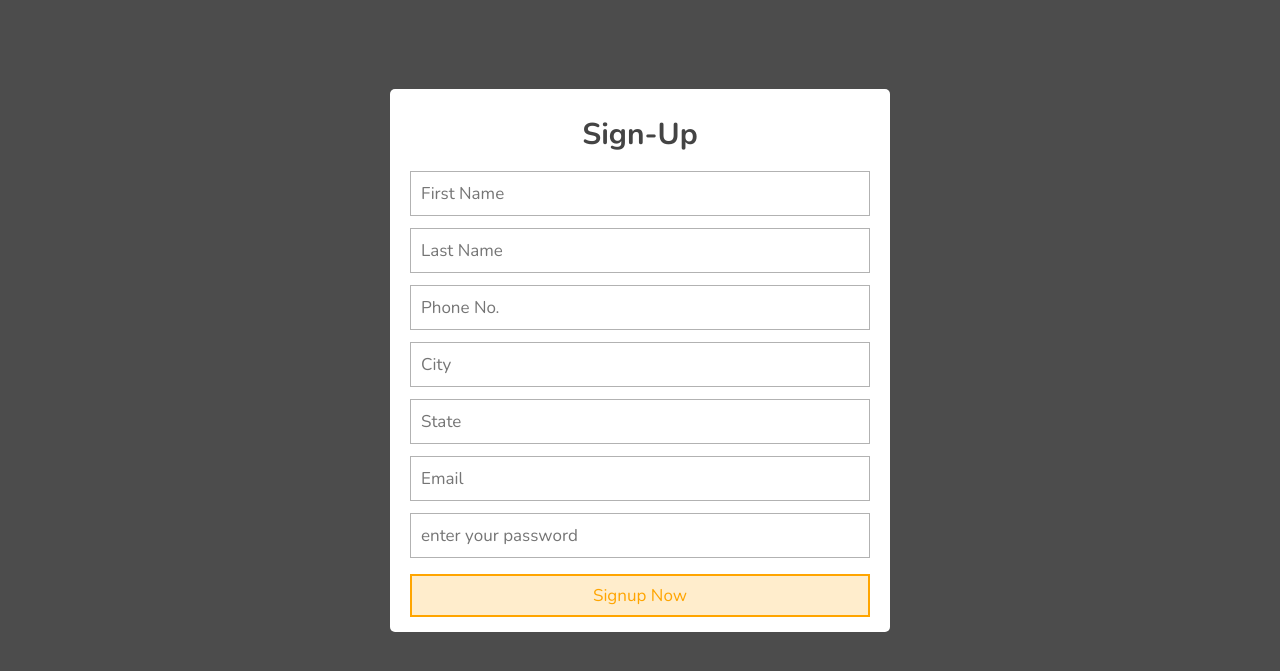
Repository: vksh-chandra/Travel-Tourism
Page: http://localhost/tatms/signup.html
An editor plug-in stored every save of this project. The page is shown before and after the next save, followed by the edit.
The browser window is 1280 px wide. The pictures show the whole page.
The pointer rests on the first visible `.btn`.
The page is served by Tomcat 9. Nobody is signed in. The application's start-up code is not run.

Above is the page before, as saved 2022-07-21 06:07:09.
Console error: TypeError: Cannot read properties of null (reading 'addEventListener')

After the next save:
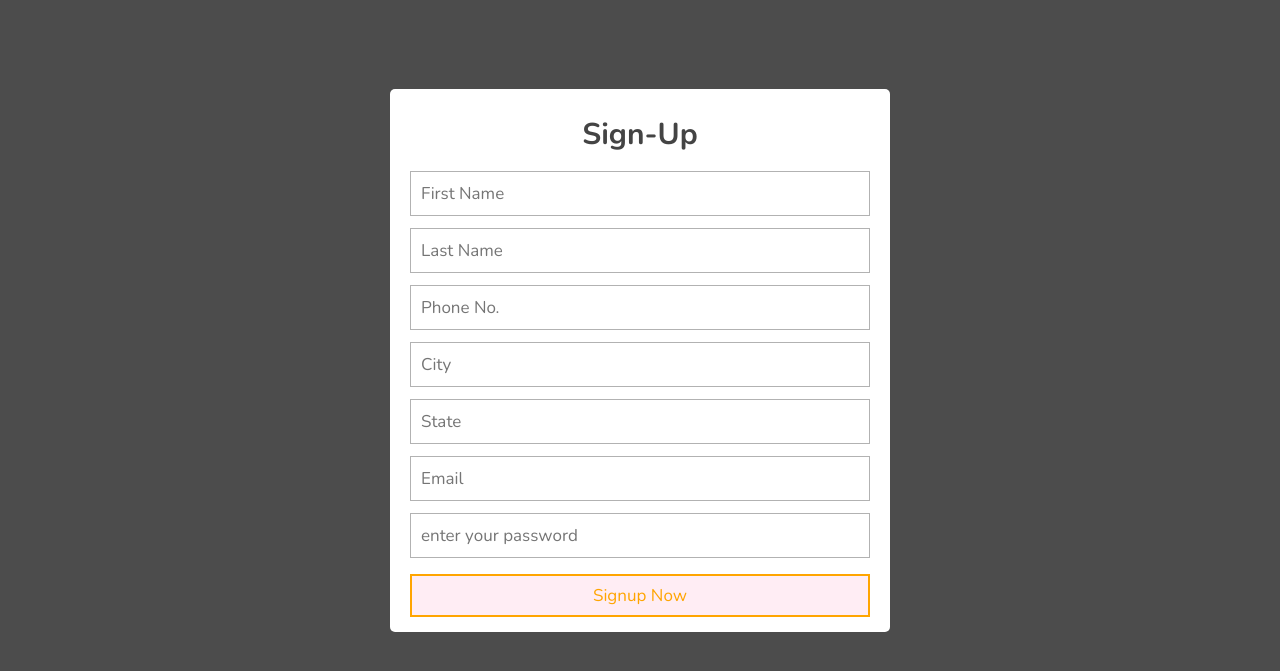
Saved 4 min 1 s later.
--- a/tatms/src/main/webapp/style.css
+++ b/tatms/src/main/webapp/style.css
@@ -59,7 +59,7 @@ section{
 }
 
 .btn:hover{
-  background:rgba(255, 165, 0,.2);
+  background:rgba(255, 165, 200,.2);
   color:var(--orange);
 }
 
